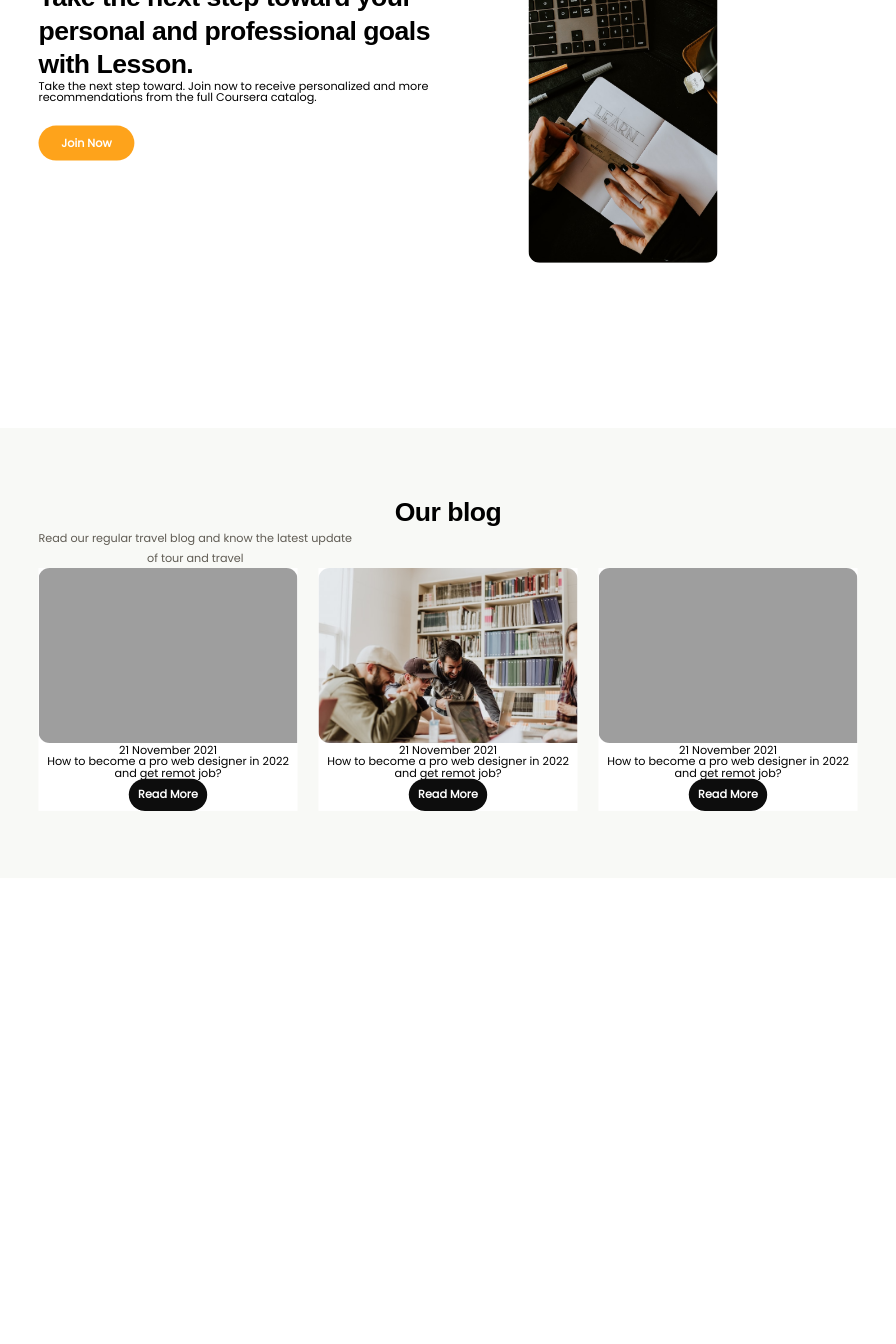
Repository: nguyendonghieu1011-png/figma-to-html1
Page: index.html
The author's editor kept a copy of each file at every save. The page is drawn from the files as they stood at one save, then again after the next save.
The browser window is 1280 px wide. The pictures show the part of the page from y = 3198 to 5118 px (the page is 10000 px tall), at 70% of full size.
Pictures or frames that could not be fetched are drawn as grey boxes. A picture or video elsewhere on the page could not be fetched, so the positions and the page height are approximate. Some web fonts or font styles are not loaded; a fallback is used. Some web libraries are served in a nearby version.

Above is the page before, as saved 2026-01-06 17:49:52.

After the next save:
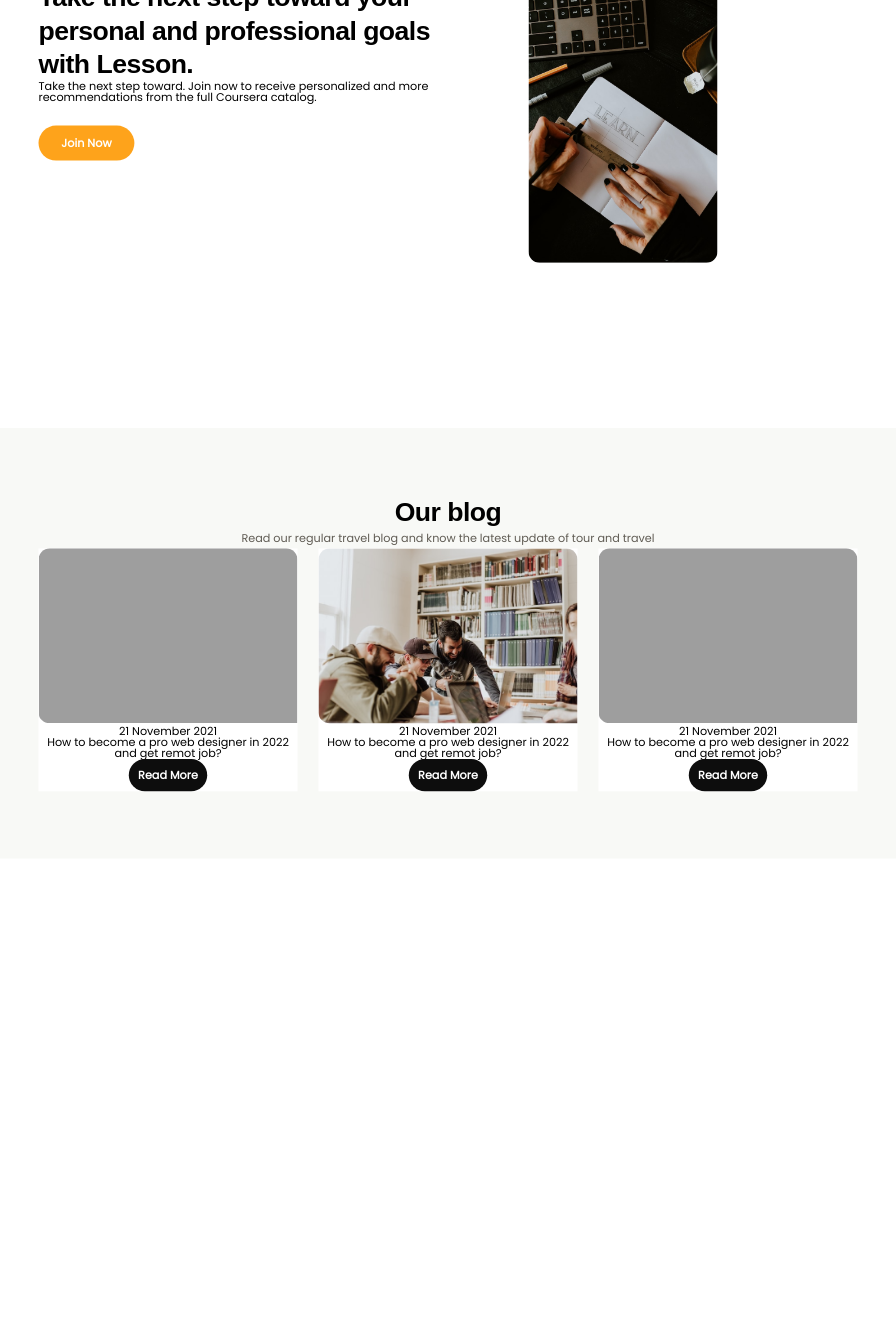
Saved 23 s later.
--- a/assets/css/style.css
+++ b/assets/css/style.css
@@ -570,7 +570,7 @@ a {
 
 .blog-top .desc {
   margin-top: 16px auto 0;
-  width: 448px;
+
   color: #5f5b53;
   font-size: 1.6rem;
   line-height: 1.75
